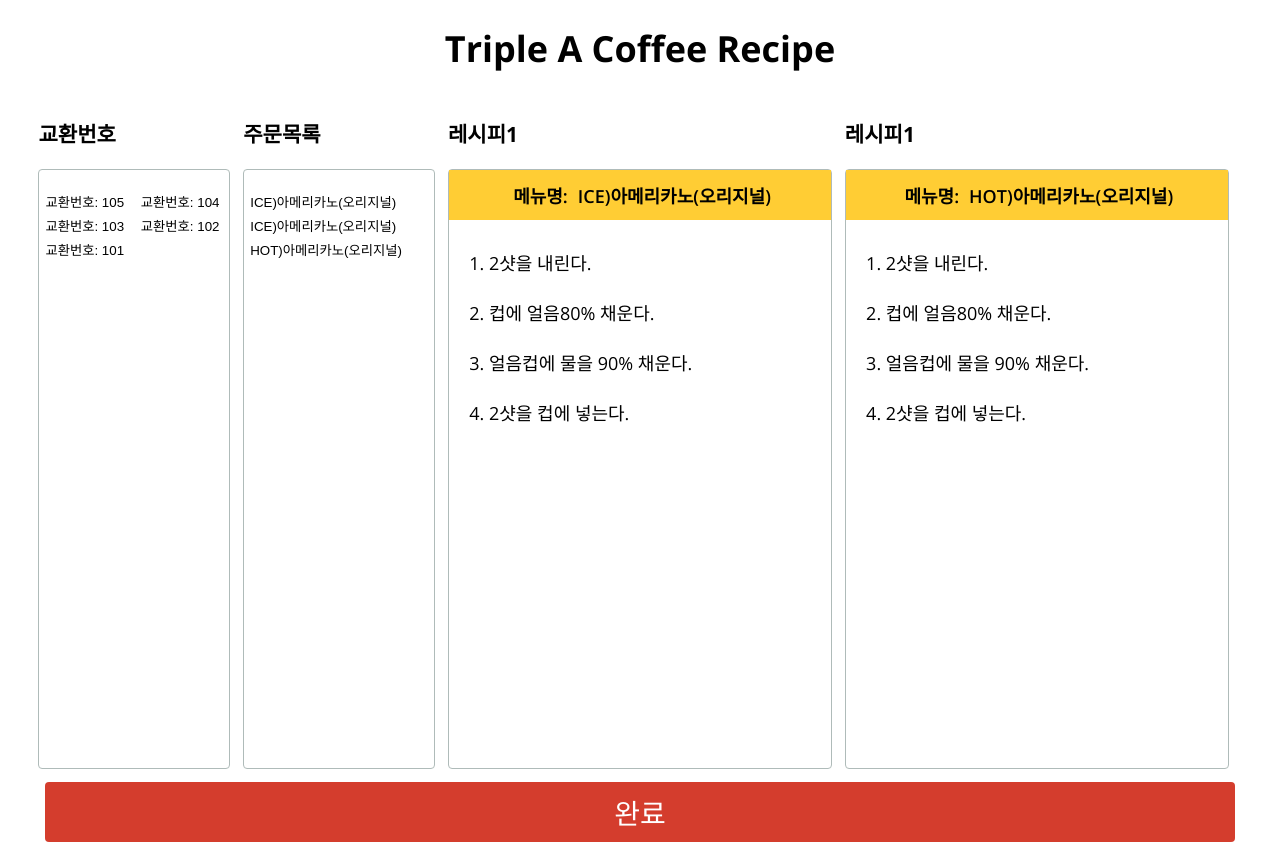
Repository: leebo-ram/tripleacoffee
Page: recipe/recipe.html
These files come from the project's save history. The page is drawn as it stood at one moment and after the next save; the edit follows.
The browser window is 1280 px wide. The pictures show the whole page.
Some web libraries are served in a nearby version.

Above is the page before, as saved 2023-01-07 20:49:52.

### recipe/recipe.html
<!DOCTYPE html>
<html lang="en">

<head>
  <meta charset="UTF-8">
  <meta http-equiv="X-UA-Compatible" content="IE=edge">
  <meta name="viewport" content="width=device-width, initial-scale=1.0">
  <title>recipe(레시피)</title>
  <meta name="description"
    content="tripleacoffee Portfolio for world-renowned software engineer Lee Bo-ram and Byeon Sang-woo">

  <link rel="icon" type="image/png" href="../img/0_logo/logo_h.jpg" />

  <!-- 무료icon 적용하기 -->
  <script src="https://kit.fontawesome.com/24a94e1bce.js" crossorigin="anonymous"></script>


  <!-- 글씨체 적용하기 -->
  <link href="https://fonts.googleapis.com/css2?family=Open+Sans:wght@400;600;700&display=swap" rel="stylesheet">
  <!-- css(font-글씨체) : font-family: 'Open Sans', sans-serif;-->

  <link rel="stylesheet" href="../style2.css">
  <script src="../main.js" defer></script>


</head>

<body>
  <div id="recipe_title">
    <h1>Triple A Coffee Recipe</h1>
  </div>

  <section id="recipe">
    <div class="orderNum_box">
      <h3>교환번호</h3>
      <div class="orderNum">
        <ul>
          <button>교환번호: 105</button>
          <button>교환번호: 104</button>
          <button>교환번호: 103</button>
          <button>교환번호: 102</button>
          <button>교환번호: 101</button>
        </ul>
      </div>
    </div>

    <div class="orderList_box">
      <h3>주문목록</h3>
      <div class="orderList">
        <ul>
          <button>ICE)아메리카노(오리지널)</button>
          <button>ICE)아메리카노(오리지널)</button>
          <button>HOT)아메리카노(오리지널)</button>
        </ul>
      </div>
    </div>

    <div class=" recipe1_box">
      <h3>레시피1</h3>
      <div class="recipe1">
        <div>메뉴명: <span>ICE)아메리카노(오리지널)</span></div>
        <ol>
          <li>2샷을 내린다.</li>
          <li>컵에 얼음80% 채운다.</li>
          <li>얼음컵에 물을 90% 채운다.</li>
          <li>2샷을 컵에 넣는다.</li>
        </ol>
      </div>
    </div>

    <div class="recipe2_box">
      <h3>레시피1</h3>
      <div class="recipe2">
        <div>메뉴명: <span>HOT)아메리카노(오리지널)</span></div>
        <ol>
          <li>2샷을 내린다.</li>
          <li>컵에 얼음80% 채운다.</li>
          <li>얼음컵에 물을 90% 채운다.</li>
          <li>2샷을 컵에 넣는다.</li>
        </ol>
      </div>
    </div>
  </section>

  <div class="cooked">
    <button>
      <p>완료</p>
    </button>
  </div>
</body>

</html>

Loaded but not shown: main.js (131 lines, source omitted); style2.css (1409 lines, source omitted)

After the next save:
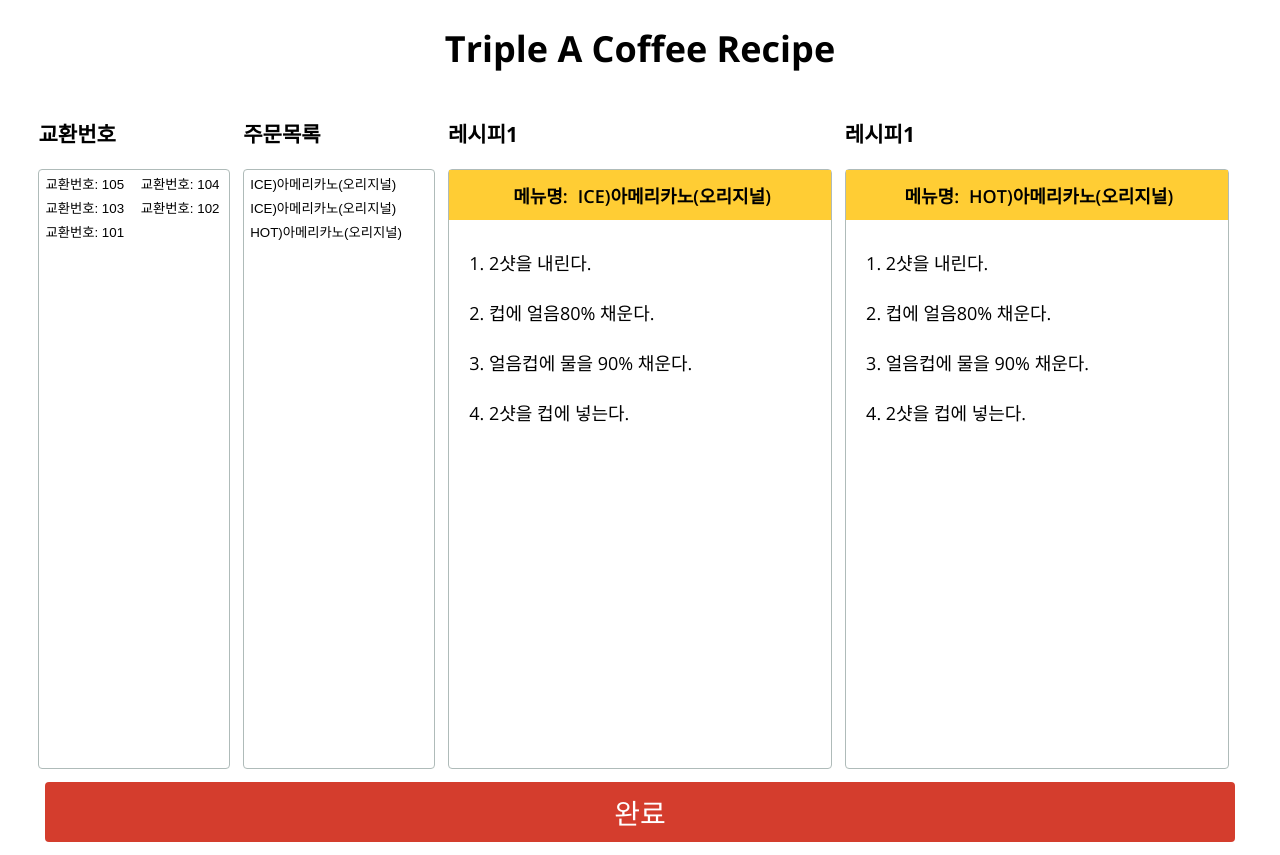
Saved 7 s later.
--- a/recipe/recipe.html
+++ b/recipe/recipe.html
@@ -34,24 +34,20 @@
     <div class="orderNum_box">
       <h3>교환번호</h3>
       <div class="orderNum">
-        <ul>
           <button>교환번호: 105</button>
           <button>교환번호: 104</button>
           <button>교환번호: 103</button>
           <button>교환번호: 102</button>
           <button>교환번호: 101</button>
-        </ul>
       </div>
     </div>
 
     <div class="orderList_box">
       <h3>주문목록</h3>
       <div class="orderList">
-        <ul>
           <button>ICE)아메리카노(오리지널)</button>
           <button>ICE)아메리카노(오리지널)</button>
           <button>HOT)아메리카노(오리지널)</button>
-        </ul>
       </div>
     </div>
 
